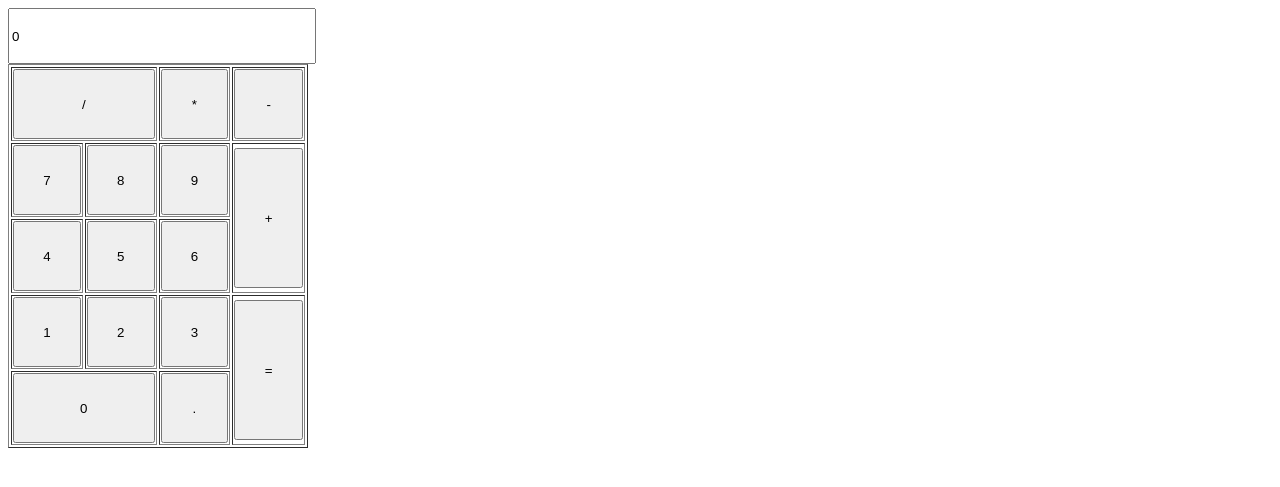
Repository: BaekJiGyeong/JSP
Page: http://localhost/AB_WebCalc/
The author's editor kept a copy of each file at every save. The page is drawn from the files as they stood at one save, then again after the next save.
The browser window is 1280 px wide. The pictures show the whole page.
The page is served by Tomcat 9.

Above is the page before, as saved 2016-02-02 05:04:50.

After the next save:
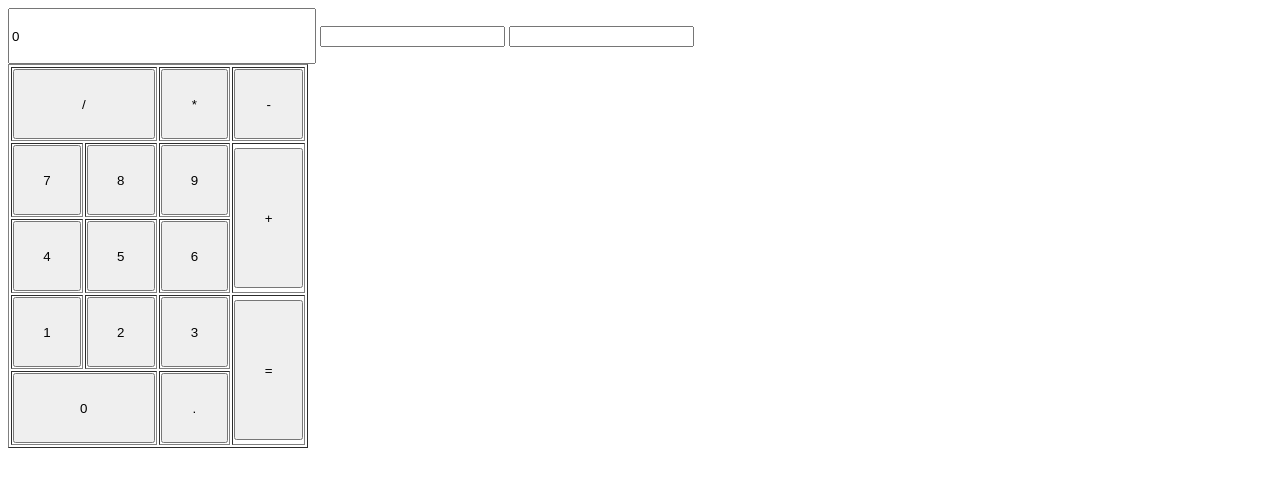
Saved 2 min 31 s later.
--- a/AB_WebCalc/WebContent/index.jsp
+++ b/AB_WebCalc/WebContent/index.jsp
@@ -24,6 +24,10 @@
 <body>
 	<input type="text" id="display" value="0"
 		style="width: 300px; height: 50px;" />
+
+	<input type="text" id="f" name="f" />
+	<input type="text" id="s" name="s" />
+
 	<table border="1" width="300" height="300">
 		<tr>
 			<td colspan="2"><input type="button" id="division" value="/"
